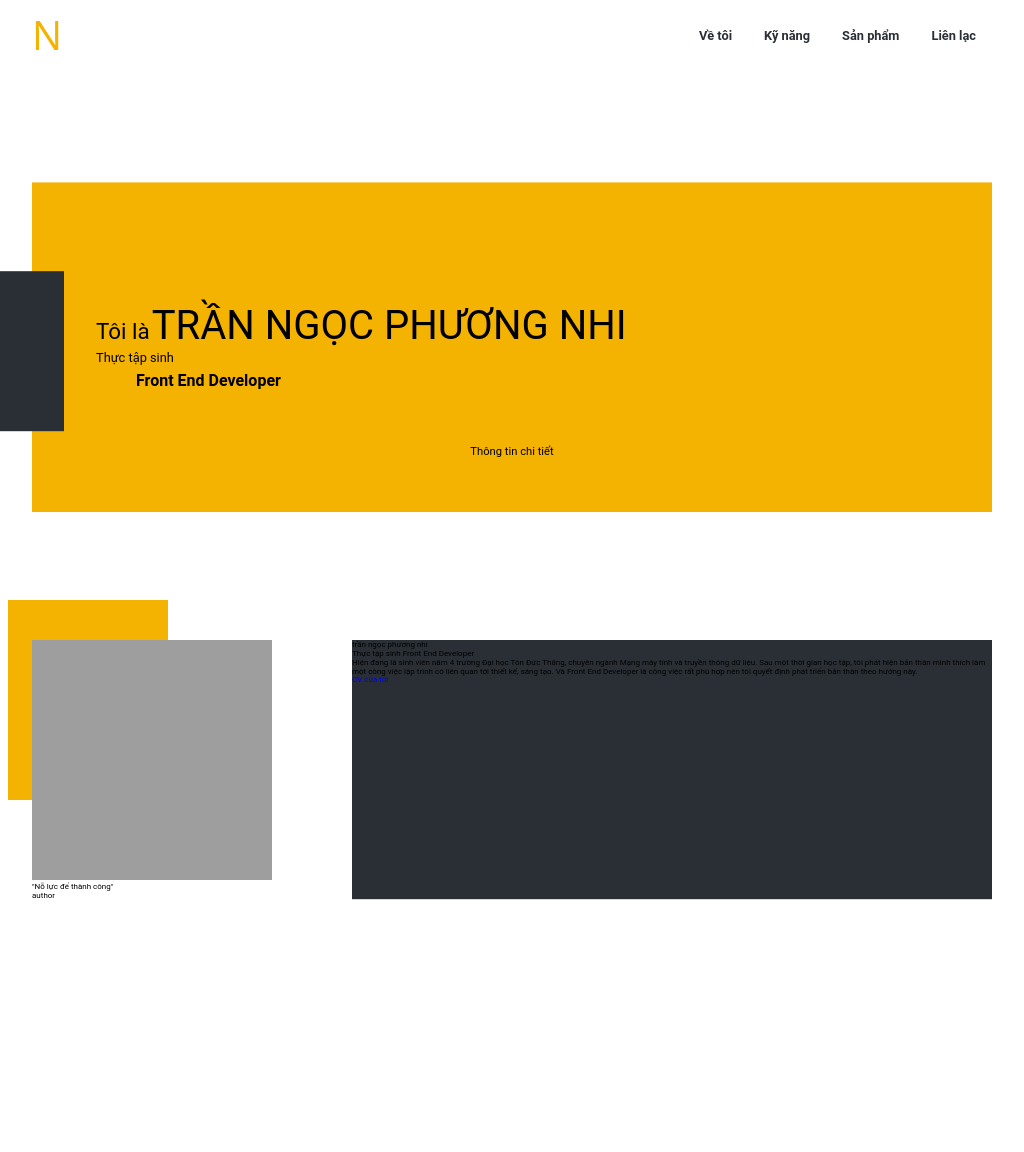
Repository: TranNgocPhuongNhi/my-portfolio
Page: index.html
An editor plug-in stored every save of this project. The page is shown before and after the next save, followed by the edit.
The browser window is 1280 px wide. The pictures show the whole page, at 80% of full size.
Pictures or frames that could not be fetched are drawn as grey boxes. Some icons come from a web library that is not loaded, so they are not drawn. Some web libraries are served in a nearby version.

Above is the page before, as saved 2021-07-04 16:07:49.

After the next save:
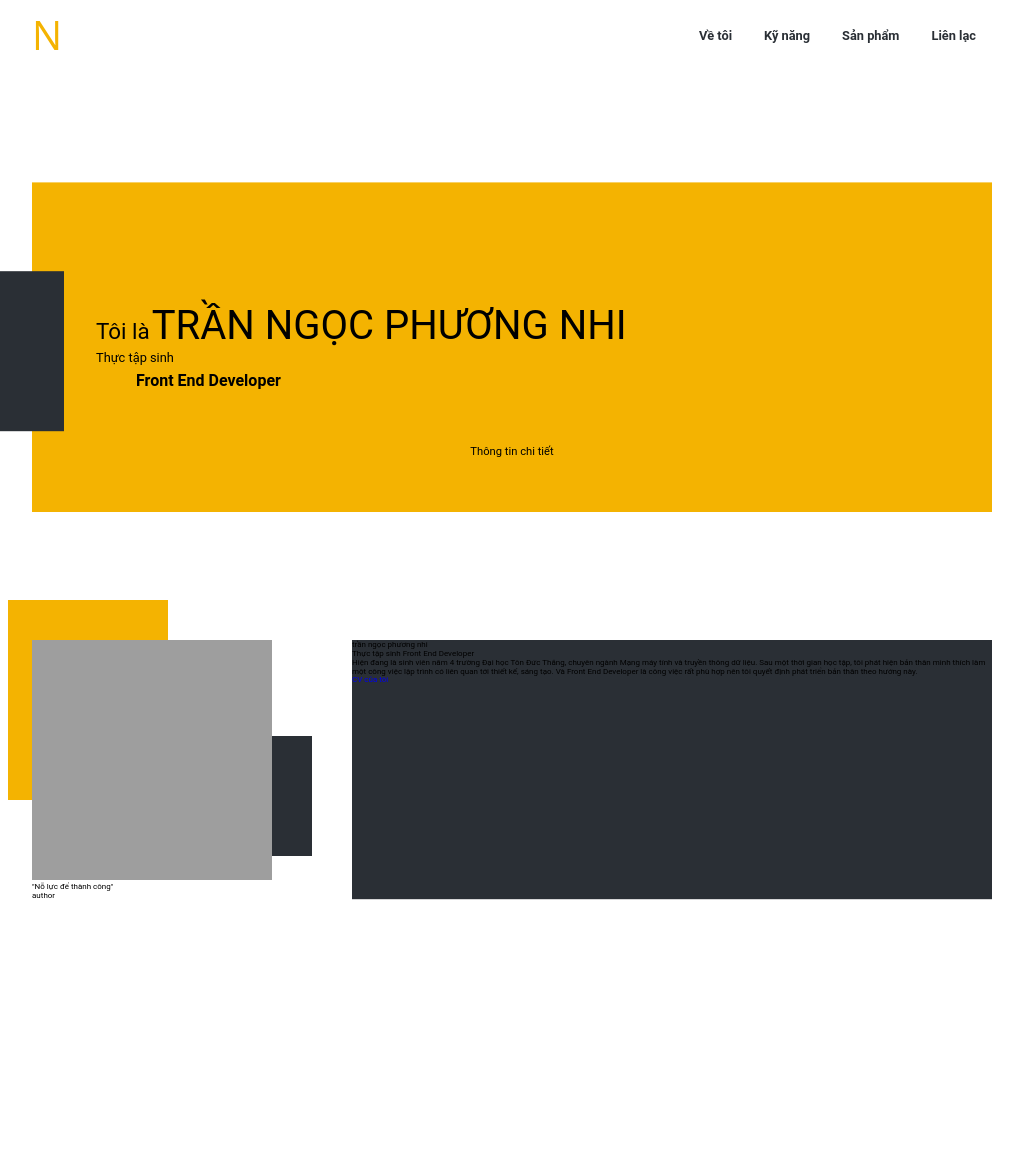
Saved 4 s later.
--- a/resources/css/main.css
+++ b/resources/css/main.css
@@ -192,7 +192,7 @@ a {
     background-color: var(--primary2);
     position: absolute;
     top: 20rem;
-    left: -20rem;
+    left: 20rem;
     z-index: -1;
 }
 
